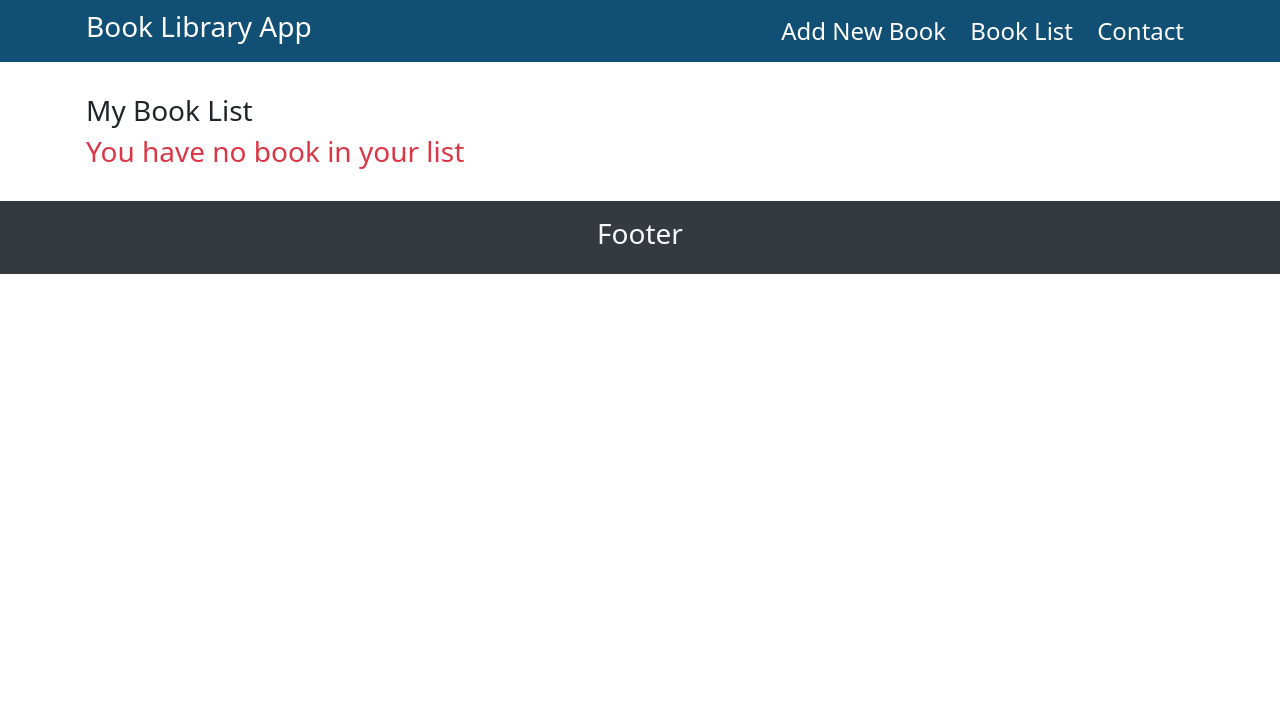
Repository: just-mann/booklibrary-app
Page: http://localhost/booklist
The author's editor kept a copy of each file at every save. The page is drawn from the files as they stood at one save, then again after the next save.
The browser window is 1280 px wide. The pictures show the whole page.
The page is served by the project's Node server (app.js). Queries for data that is not in the repository find no rows.

Above is the page before, as saved 2021-06-06 04:04:46.

### views/bookList.ejs
<!DOCTYPE html>
<html lang="en">
    <%- include('./partials/Header') %>
    <body>
        <%- include('./partials/Navbar') %>
        <div class="container py-4 mt-2">
            <h3>My Book List</h3>
            <div class="container row px-0">
                <% if (myList.length > 0) { %>
                    <% myList.forEach(list => { %>
                            <div class="list p-4 my-3 mx-auto mb-4 col-md-3">
                                <div>Title: <%= list.title %></div>
                                <div>Author: <%= list.author %></div>
                                <div>Did you read:
                                    <% if (list.isRead) { %>
                                        Yes
                                    <% } else { %>
                                        No
                                    <% } %>
                                </div>
                                <div class="mt-3">
                                    <a href="/booklist/<%= list._id %>" class="btn btn-success">Read More</a>
                                </div>
                            </div>
                    <% }) %>
                <% } else { %>
                    <div class="text-danger">
                        <h3>You have no book in your list</h3>
                    </div>
                <% } %>
            </div>
        </div>
        <%- include('./partials/Footer') %>
    </body>
</html>

### views/partials/Header.ejs
<head>
    <meta charset="UTF-8">
    <meta name="viewport" content="width=device-width, initial-scale=1.0">
    <title><%= title %></title>
    <link rel="stylesheet" href="https://stackpath.bootstrapcdn.com/bootstrap/5.0.0-alpha1/css/bootstrap.min.css" integrity="sha384-r4NyP46KrjDleawBgD5tp8Y7UzmLA05oM1iAEQ17CSuDqnUK2+k9luXQOfXJCJ4I" crossorigin="anonymous">
    <script src="https://cdn.jsdelivr.net/npm/popper.js@1.16.0/dist/umd/popper.min.js" integrity="sha384-Q6E9RHvbIyZFJoft+2mJbHaEWldlvI9IOYy5n3zV9zzTtmI3UksdQRVvoxMfooAo" crossorigin="anonymous"></script>
    <link rel="stylesheet" href="https://unpkg.com/aos@next/dist/aos.css" />
    <link rel="stylesheet" href="https://unpkg.com/aos@next/dist/aos.css" />
    <script src="https://stackpath.bootstrapcdn.com/bootstrap/5.0.0-alpha1/js/bootstrap.min.js" integrity="sha384-oesi62hOLfzrys4LxRF63OJCXdXDipiYWBnvTl9Y9/TRlw5xlKIEHpNyvvDShgf/" crossorigin="anonymous"></script>
    <link rel="stylesheet" href="/style.css">
  </head>

### views/partials/Navbar.ejs
<nav class="container-fluid sticky-top">
    <div class="container">
        <a href="/" class="logo"><h3>Book Library App</h3></a>
        <div class="nav__links">
            <a href="/">Add New Book</a>
            <a href="/booklist">Book List</a>
            <a href="/contact">Contact</a>
        </div>
    </div>
</nav>

### views/partials/Footer.ejs
<footer class="bg-dark py-3 text-light text-center">
    <script src="https://ajax.googleapis.com/ajax/libs/jquery/3.5.1/jquery.min.js"></script>
    <script src="/script.js"></script>
    <div class="container">
        <h3>Footer</h3>
    </div>
</footer>
<script src="https://unpkg.com/aos@next/dist/aos.js"></script>
<script>
  AOS.init();
</script>

### app.js
const express = require('express'); //import express package
const app = express(); //initialize the express app
const bodyParser = require('body-parser') //import body-parser to handle data from the form
const MongoClient = require('mongodb').MongoClient; //import the mongodbClient
const { ObjectId } = require('bson');
const dbName = 'myBookList';
const dbCollectionName = 'bookCollection';

const PORT = process.env.PORT || 5000;


// Configure the body-parser
app.use(bodyParser.urlencoded({ extended: true }));


// Make static files accessible
app.use(express.static('public'));


// Set View Engine
app.set('view engine', 'ejs');



// Connect to Database
const dbURI = 'mongodb+srv://bookUser:cUk4rECaXyAWsNz8@crud-tutorial.xd65d.mongodb.net/myBookList?retryWrites=true&w=majority';
MongoClient.connect(dbURI, { useUnifiedTopology: true })
    .then(client => {

        app.listen(PORT, () => {
            console.log(`App is now running on PORT ${PORT} and Database: ${dbName} is connected`)
        });

        const db = client.db(`${dbName}`);

        const myCollection = db.collection(`${dbCollectionName}`);

        app.post('/books', (req, res) => {
            myCollection.insertOne(req.body)
                .then(result => {
                    console.log('Item added to database...');
                })
                .catch(err => console.log(err));
            res.redirect('bookList');
        })

        app.get('/booklist', (req, res) => {
            myCollection.find().sort({_id: -1}).toArray()
                .then(result => {
                    res.render('bookList', { myList: result, title: "Book List" });
                })
                .catch(err => console.log(err));
        })


        app.get('/booklist/:id', (req, res) => {
            const id = req.params.id;
            myCollection.findOne({ _id: ObjectId(`${id}`)})
                .then(result => {
                    res.render('details', { singleBook: result, title: `Book Detail  -  ${result.title}` })
                })
                .catch(err => console.log(err));
        })


        app.delete('/booklist/:id', (req, res) => {
            const id = req.params.id;
            myCollection.deleteOne({_id: ObjectId(`${id}`)})
                .then(result => {
                    res.json({ redirect: '/booklist'})
                })
                .catch(err => console.log(err));
        })


        app.get('/', (req, res) => {
            res.render('index', { title: "Add New Book" });
        })


        app.get('/contact', (req, res) => {
            res.render('contact', { title: "Contact Me" });
        })

        app.use((req, res) => {
            res.status(404).render('404', { title: '404, Page Not Found'});
        })

    })
    .catch(err => console.log(err));

### public/style.css
* {
    padding: 0;
    margin: 0;
    box-sizing: border-box;
}
body {
    min-height: 100vh;
}

a {
    text-decoration: none;
}

nav {
    background-color: #114f74;
    padding: 10px 0px;
}

nav .container {
    display: flex;
    justify-content: space-between;
    align-items: center;
}

nav .container .logo h3 {
    color: #ffffff;
    font-weight: 350;
}

nav .container .nav__links {
    color: #ffffff;
}

nav .container .nav__links a {
    color: #ffffff;
    font-size: 1.5rem;
    padding: 10px 0px;
    margin: 0px 10px;
    font-weight: 300;
}

.nav__links a:hover {
    color: red;
}

.listDiv {
    display: flex;
    grid-template-columns: repeat(3, 1fr);
}

.list {
    max-width: 350px;
    min-height: 150px;
    margin: 0px 15px;
    background-color: #e2e2e2;
    border-left: 15px solid #41a1b9;
    opacity: 0.9;
    transition: opacity 0.6s;
}

.list:hover {
    opacity: 1;
}




/* Book List Page */
.bookList {
    min-height: 85vh;
    background: red;
}






/* details page */
.details {
    height: 100vh;
}



.bookSummary {
    max-width: 1100px;
    background: yellow;
}



/* Contact Page */
.contact {
    height: 85vh;
}

Loaded but not shown: public/script.js (no stored copy; drawn as an empty file)

After the next save:
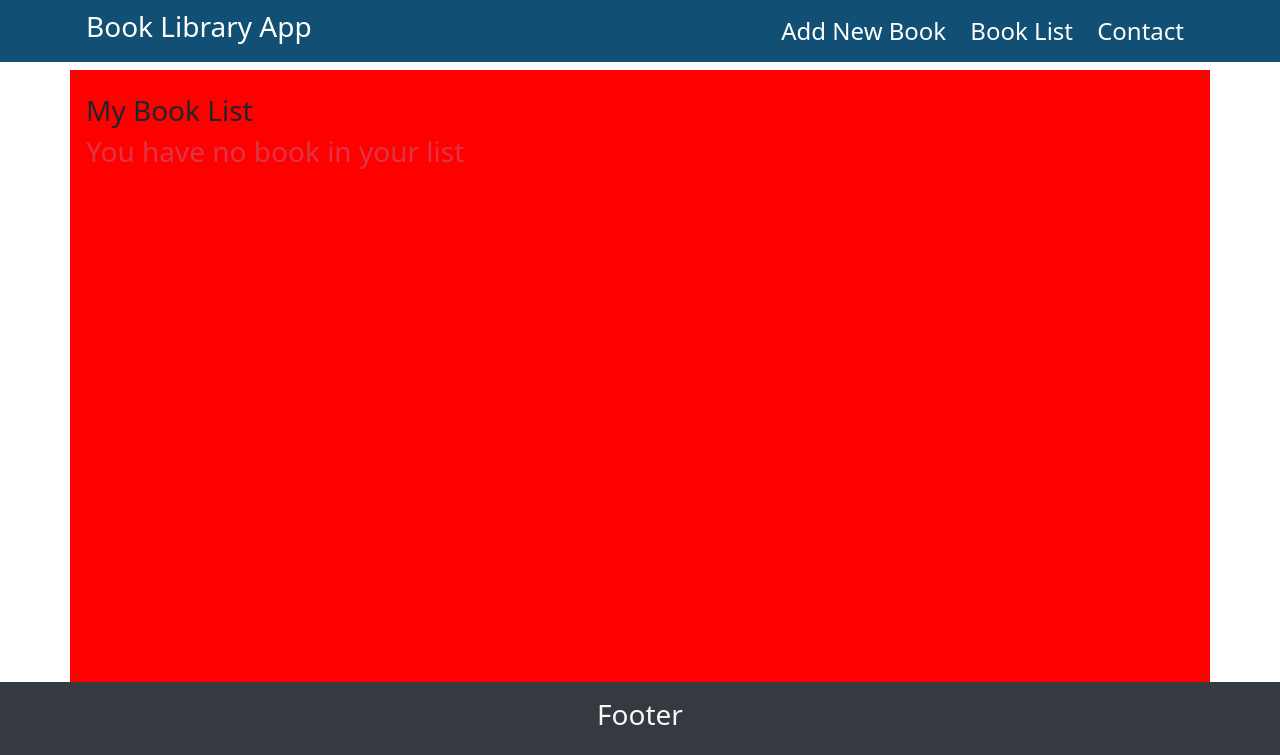
Saved 21 s later.
--- a/views/bookList.ejs
+++ b/views/bookList.ejs
@@ -3,7 +3,7 @@
     <%- include('./partials/Header') %>
     <body>
         <%- include('./partials/Navbar') %>
-        <div class="container py-4 mt-2">
+        <div class="container py-4 mt-2 bookList">
             <h3>My Book List</h3>
             <div class="container row px-0">
                 <% if (myList.length > 0) { %>
